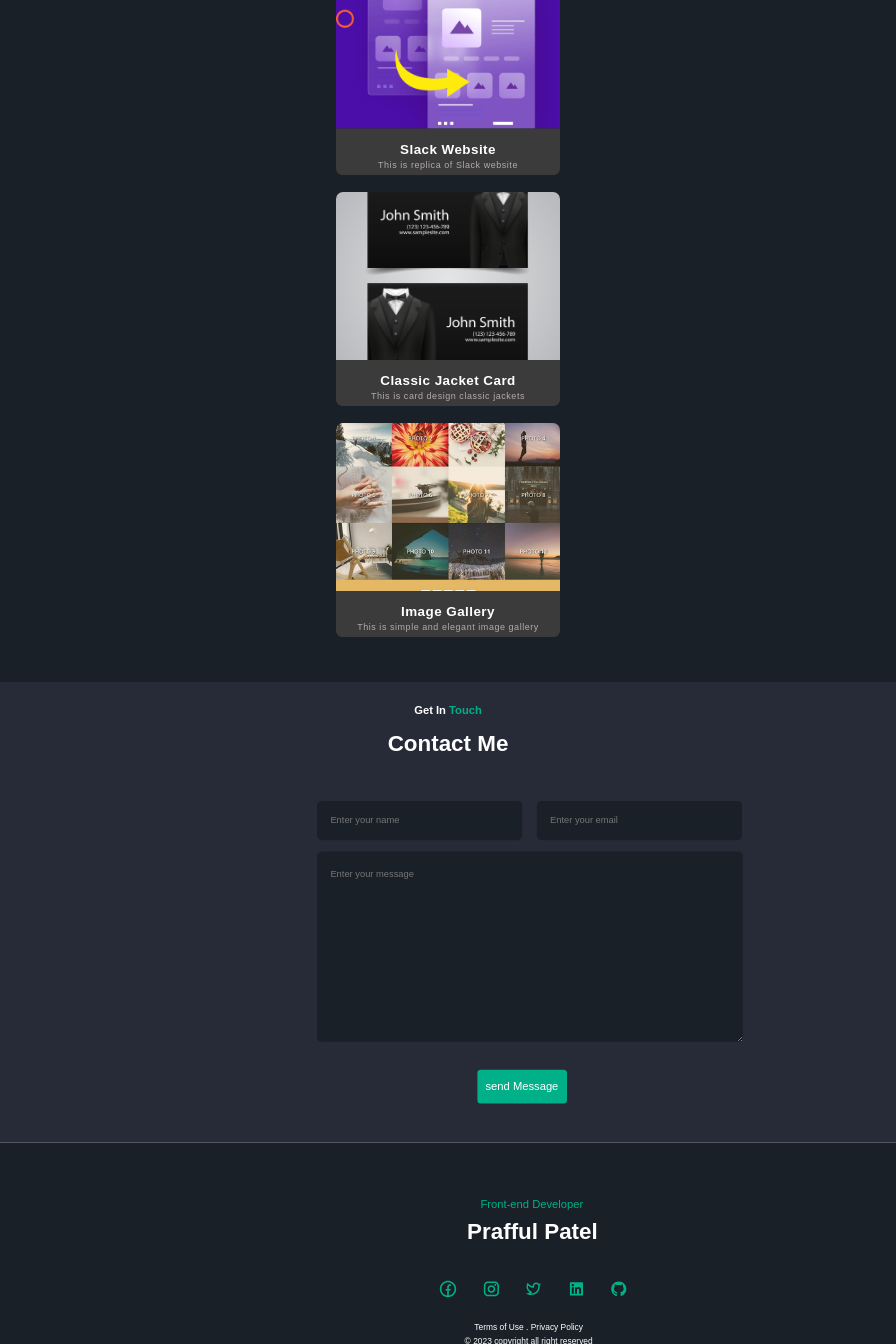
Repository: PraffulPatel27/Portfolio_2.0
Page: index.html
An editor plug-in stored every save of this project. The page is shown before and after the next save, followed by the edit.
The browser window is 1280 px wide. The pictures show the part of the page from y = 2526 to 4446 px (the page is 4462 px tall before and 4414 px after), at 70% of full size.

Above is the page before, as saved 2024-01-30 15:23:50.

After the next save:
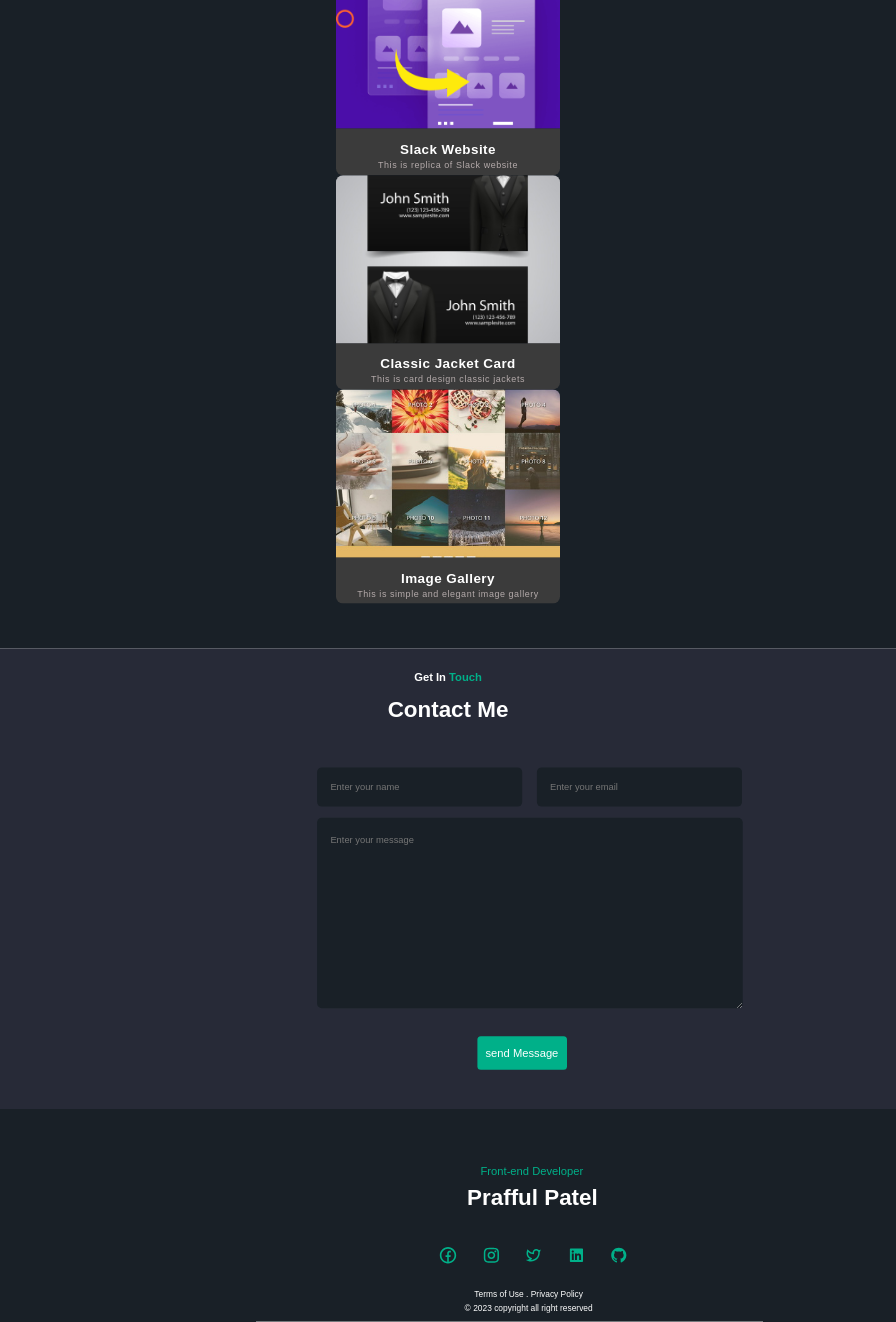
Saved 9 s later.
--- a/style.css
+++ b/style.css
@@ -403,8 +403,8 @@
     /* padding: 2rem 8rem 2rem 8rem; */
     /* border: 1px solid #00B089; */
 
-    display: grid;
-    grid-gap: 1.5rem;
+    /* display: grid;
+    grid-gap: 1.5rem; */
 }
 .part-2 {
     border-radius: 0.4rem;
